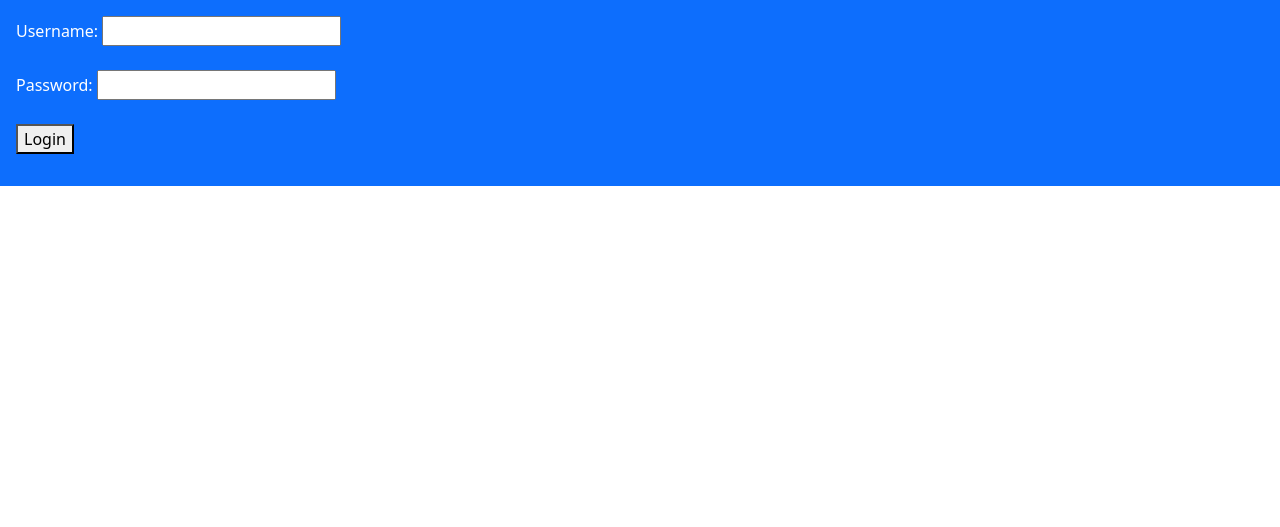
Repository: RMVLajaykumar/monojavaee
Page: http://localhost/13-bankapplication-demo/login.jsp
These files come from the project's save history. The page is drawn as it stood at one moment and after the next save; the edit follows.
The browser window is 1280 px wide. The pictures show the whole page.
The page is served by Tomcat 9. Nobody is signed in. The application's start-up code is not run. Other server files are loaded and not shown.

Above is the page before, as saved 2024-07-19 16:13:07.

### 13-bankapplication-demo/WebContent/login.jsp
<%@ page language="java" contentType="text/html; charset=ISO-8859-1"
	pageEncoding="ISO-8859-1"%>
<%@ taglib uri="http://java.sun.com/jsp/jstl/core" prefix="c"%>
<%@ taglib uri="http://java.sun.com/jsp/jstl/functions" prefix="fn"%>

<html>
<head>
<title>Login</title>
<link
	href="https://cdn.jsdelivr.net/npm/bootstrap@5.0.2/dist/css/bootstrap.min.css"
	rel="stylesheet"
	integrity="sha384-EVSTQN3/azprG1Anm3QDgpJLIm9Nao0Yz1ztcQTwFspd3yD65VohhpuuCOmLASjC"
	crossorigin="anonymous">
<script
	src="https://cdn.jsdelivr.net/npm/bootstrap@5.0.2/dist/js/bootstrap.bundle.min.js"
	integrity="sha384-MrcW6ZMFYlzcLA8Nl+NtUVF0sA7MsXsP1UyJoMp4YLEuNSfAP+JcXn/tWtIaxVXM"
	crossorigin="anonymous"></script>
<!DOCTYPE html>
</head>
<body>
<div class="p-3 mb-2 bg-primary text-white">
	<form action="login" method="post">
		<label for="username">Username:</label> <input type="text"
			id="username" name="username" required><br>
		<br> <label for="password">Password:</label> <input
			type="password" id="password" name="password" required><br>
		<br>
		<button type="submit">Login</button>
		<c:if test="${param.error != null}">
			<p style="color: red;">Invalid username or password</p>
		</c:if>
	</form>
	</div>
</body>
</html>

After the next save:
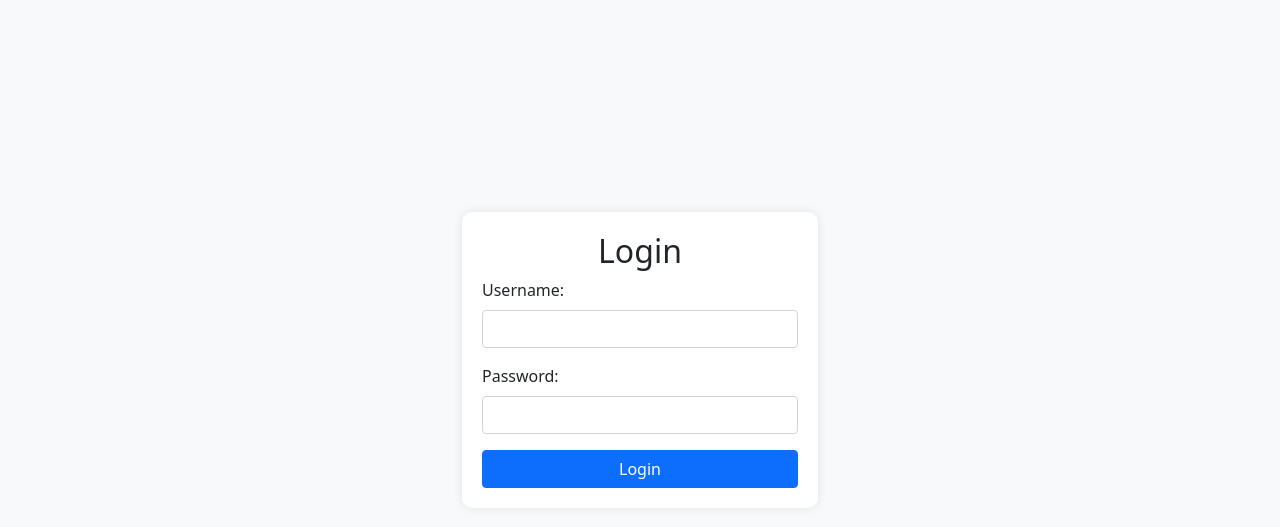
Saved 3 min 58 s later.
--- a/13-bankapplication-demo/WebContent/login.jsp
+++ b/13-bankapplication-demo/WebContent/login.jsp
@@ -3,6 +3,7 @@
 <%@ taglib uri="http://java.sun.com/jsp/jstl/core" prefix="c"%>
 <%@ taglib uri="http://java.sun.com/jsp/jstl/functions" prefix="fn"%>
 
+<!DOCTYPE html>
 <html>
 <head>
 <title>Login</title>
@@ -15,21 +16,49 @@
 	src="https://cdn.jsdelivr.net/npm/bootstrap@5.0.2/dist/js/bootstrap.bundle.min.js"
 	integrity="sha384-MrcW6ZMFYlzcLA8Nl+NtUVF0sA7MsXsP1UyJoMp4YLEuNSfAP+JcXn/tWtIaxVXM"
 	crossorigin="anonymous"></script>
-<!DOCTYPE html>
+<style>
+    body {
+        background-color: #f8f9fa;
+        display: flex;
+        justify-content: center;
+        align-items: center;
+        height: 100vh;
+    }
+    .login-form {
+        background: white;
+        padding: 20px;
+        border-radius: 10px;
+        box-shadow: 0 0 10px rgba(0, 0, 0, 0.1);
+    }
+    .login-form input {
+        margin-bottom: 10px;
+    }
+    .login-form button {
+        width: 100%;
+    }
+</style>
 </head>
 <body>
-<div class="p-3 mb-2 bg-primary text-white">
-	<form action="login" method="post">
-		<label for="username">Username:</label> <input type="text"
-			id="username" name="username" required><br>
-		<br> <label for="password">Password:</label> <input
-			type="password" id="password" name="password" required><br>
-		<br>
-		<button type="submit">Login</button>
-		<c:if test="${param.error != null}">
-			<p style="color: red;">Invalid username or password</p>
-		</c:if>
-	</form>
-	</div>
+    <div class="container">
+        <div class="row justify-content-center">
+            <div class="col-md-4">
+                <form action="login" method="post" class="login-form">
+                    <h2 class="text-center">Login</h2>
+                    <div class="mb-3">
+                        <label for="username" class="form-label">Username:</label>
+                        <input type="text" class="form-control" id="username" name="username" required>
+                    </div>
+                    <div class="mb-3">
+                        <label for="password" class="form-label">Password:</label>
+                        <input type="password" class="form-control" id="password" name="password" required>
+                    </div>
+                    <button type="submit" class="btn btn-primary">Login</button>
+                    <c:if test="${param.error != null}">
+                        <p class="text-danger text-center mt-3">Invalid username or password</p>
+                    </c:if>
+                </form>
+            </div>
+        </div>
+    </div>
 </body>
 </html>
